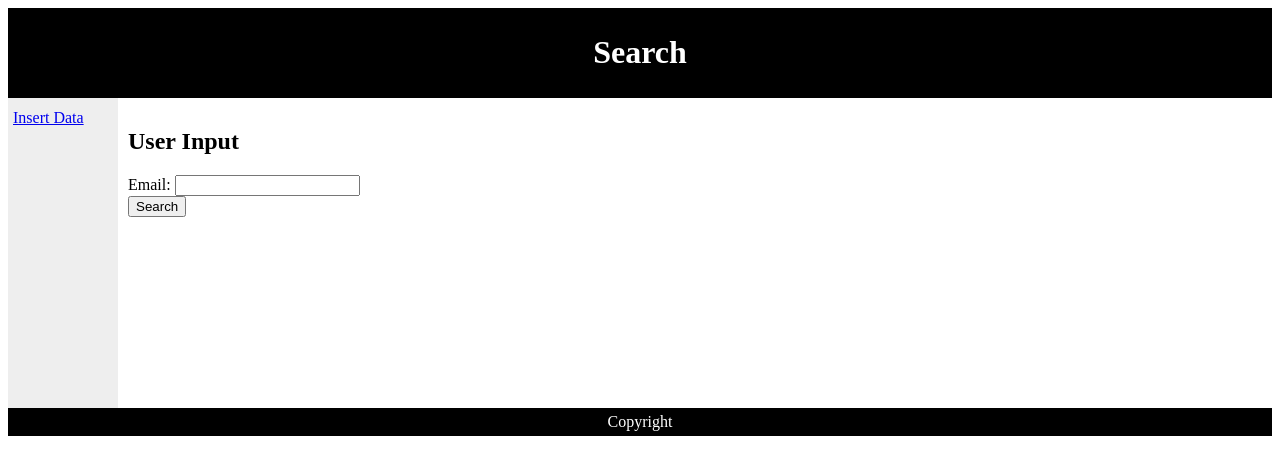
Repository: dreamxia329/TechExercise4830
Page: T3-0325-xia/T3-webProject-Xia/WebContent/login.html
An editor plug-in stored every save of this project. The page is shown before and after the next save, followed by the edit.
The browser window is 1280 px wide. The pictures show the whole page.

Above is the page before, as saved 2022-03-30 04:12:42.

### T3-0325-xia/T3-webProject-Xia/WebContent/login.html
<html>
<head>
<style>
header {
	background-color: black;
	color: white;
	text-align: center;
	padding: 5px;
}

nav {
	line-height: 30px;
	background-color: #eeeeee;
	height: 300px;
	width: 100px;
	float: left;
	padding: 5px;
}

section {
	width: 350px;
	float: left;
	padding: 10px;
}

footer {
	background-color: black;
	color: white;
	clear: both;
	text-align: center;
	padding: 5px;
}
</style>
</head>

<body>
	<header>
		<h1>Search</h1>
	</header>

	<nav>
		<a href="/T3-webProject-Xia/insert_xia.html">Insert Data</a> <br>
	</nav>

	<section>
		<h1>User Input</h1>

		<form action="SearchXia" method="POST">

			Email: <input type="text" name="keyword"> <br /> <input
				type="submit" value="Search" />
		</form>

	</section>

	<footer> Copyright </footer>
</body>
</html>

After the next save:
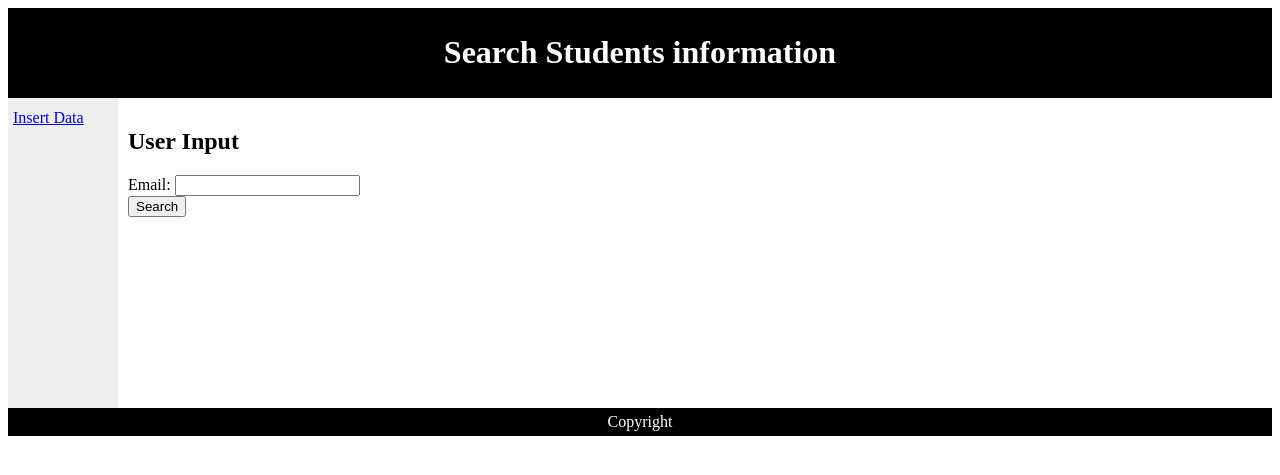
Saved 78 s later.
--- a/T3-0325-xia/T3-webProject-Xia/WebContent/login.html
+++ b/T3-0325-xia/T3-webProject-Xia/WebContent/login.html
@@ -35,11 +35,11 @@ footer {
 
 <body>
 	<header>
-		<h1>Search</h1>
+		<h1>Search Students information</h1>
 	</header>
 
 	<nav>
-		<a href="/T3-webProject-Xia/insert_xia.html">Insert Data</a> <br>
+		<a href="/T3-webProject-Xia/RegisterServlet.html">Insert Data</a> <br>
 	</nav>
 
 	<section>
